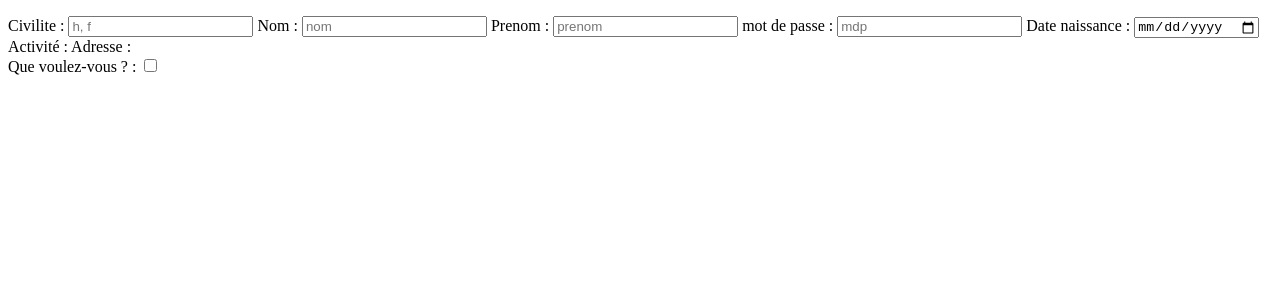
Repository: Douzal/AFCEPF_Architecte_Logiciel
Page: Workspace_Alexis/PremierWebv2/src/main/webapp/Form.html
These files come from the project's save history. The page is drawn as it stood at one moment and after the next save; the edit follows.
The browser window is 1280 px wide. The pictures show the whole page.

Above is the page before, as saved 2018-03-14 13:49:03.

After the next save:
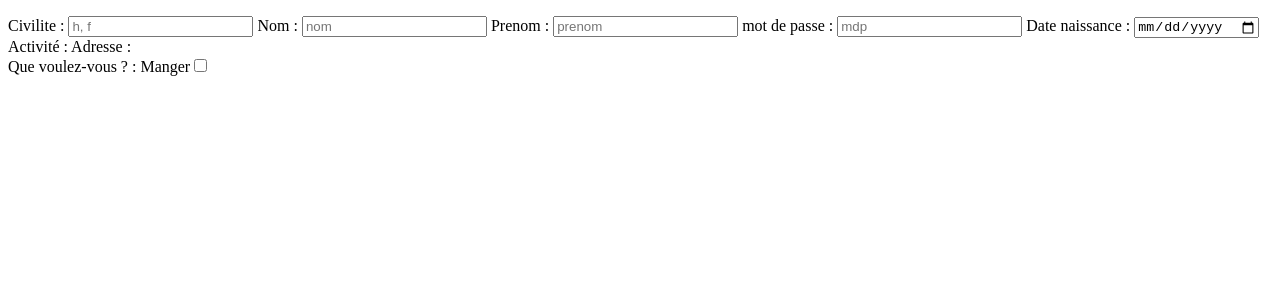
Saved 44 s later.
--- a/Workspace_Alexis/PremierWebv2/src/main/webapp/Form.html
+++ b/Workspace_Alexis/PremierWebv2/src/main/webapp/Form.html
@@ -16,7 +16,10 @@
 	<label>Activité : </label>
 	<label>Adresse : </label>
 	<br />
-	<label for="queFaire">Que voulez-vous ? : </label><input type="checkbox" name="queFaire" />
+
+	<label>Que voulez-vous ? :
+	<label for="manger">Manger</label></label><input type="checkbox" name="queFaire" />
+
 	</p>
 </form>
 
